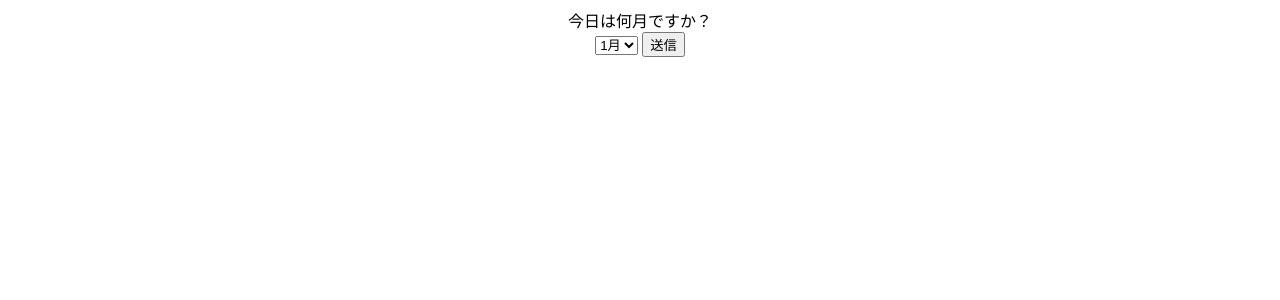
Repository: genki-iwai/curriculum
Page: JavaStudy/4-2/WebContent/select.html
An editor plug-in stored every save of this project. The page is shown before and after the next save, followed by the edit.
The browser window is 1280 px wide. The pictures show the whole page.

Above is the page before, as saved 2021-07-11 00:43:38.

### JavaStudy/4-2/WebContent/select.html
<!DOCTYPE html>
<html>
<head>
<meta charset="utf-8">
<title>select</title>
</head>
<body>
 <div align="center">
 今日は何月ですか？
 <!--問① web.xmlのurl-patternを確認しformの遷移先を指定しましょう。 -->
 <form action="./month" method="post">
 <select name="month">
 <option value="1">1月</option>
 <option value="2">2月</option>
 <!--問② 3月~12月も同様に選択できるよう記述しましょう。 -->
 </select> <input type="submit" name="button" value="送信">
 </form>
 </div>
</body>
</html>

After the next save:
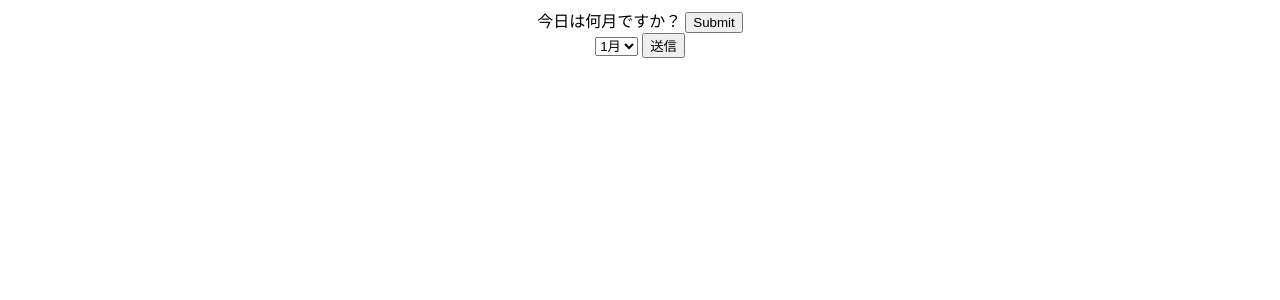
Saved 5 min 38 s later.
--- a/JavaStudy/4-2/WebContent/select.html
+++ b/JavaStudy/4-2/WebContent/select.html
@@ -8,6 +8,7 @@
  <div align="center">
  今日は何月ですか？
  <!--問① web.xmlのurl-patternを確認しformの遷移先を指定しましょう。 -->
+ <input type="submit" formaction="/select">
  <form action="./month" method="post">
  <select name="month">
  <option value="1">1月</option>
